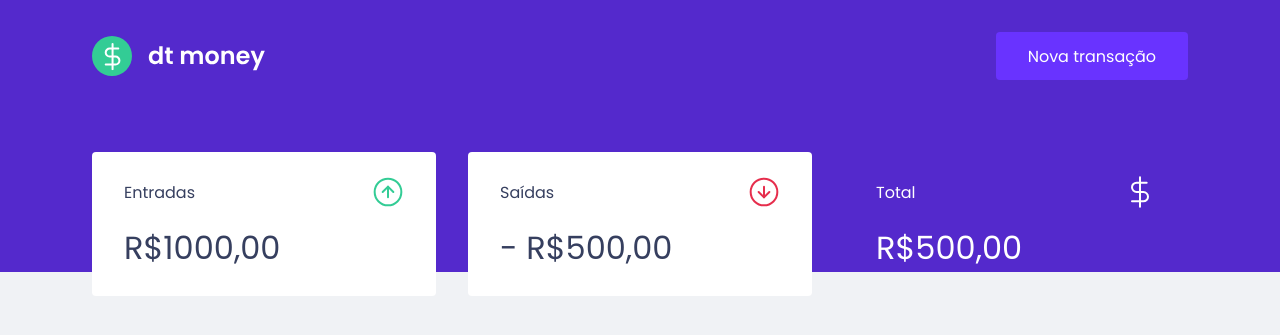
Repository: victoriandujar/ignite-dtmoney
Page: /
An editor plug-in stored every save of this project. The page is shown before and after the next save, followed by the edit.
The browser window is 1280 px wide. The pictures show the whole page.
The project was rebuilt for these pictures with package versions that can differ from the ones it lists, and the page was loaded fresh each time.

Above is the page before, as saved 2021-03-22 18:50:03.

After the next save:
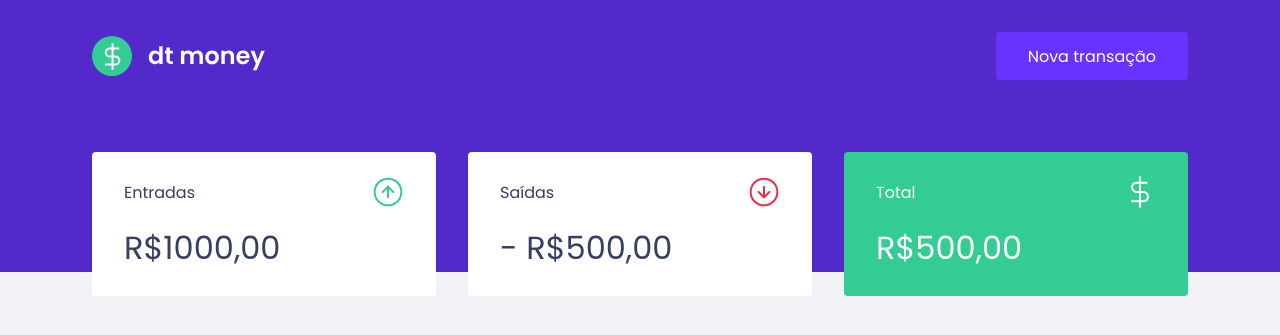
Saved 47 s later.
--- a/src/styles/global.js
+++ b/src/styles/global.js
@@ -4,6 +4,7 @@
     :root {
         --background: #f9f2f5;
         --red: #E52E4D;
+        --green: #33CC95;
         --blue: #5429CC;
 
         --blue-light: #6933FF;
